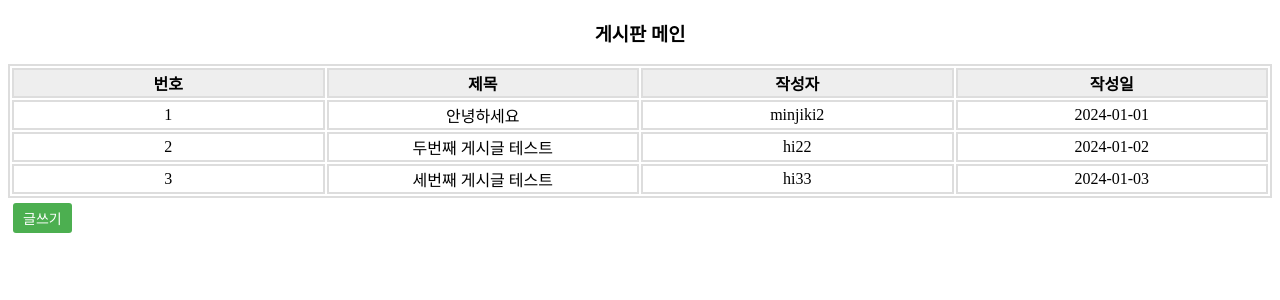
Repository: minjikimkim2222/BBS
Page: http://localhost/BBS/bbs.jsp
The author's editor kept a copy of each file at every save. The page is drawn from the files as they stood at one save, then again after the next save.
The browser window is 1280 px wide. The pictures show the whole page.
The page is served by Tomcat 9. Other server files are loaded and not shown.

Above is the page before, as saved 2024-01-01 14:59:01.

### BBS/src/main/webapp/bbs.jsp
<%@ page language="java" contentType="text/html; charset=UTF-8"
    pageEncoding="UTF-8"%>
<!DOCTYPE html>
<html>
<head>

	<meta HTTP-EQUIV="content-type" CONTENT="text/html; CHARSET=UTF-8" charset = "UTF-8"> <!--  클라이언트 문자 인코딩 방식  -->
	<meta name="viewport" content="width=device-width, initial-scale=1.0">
	<link rel = "stylesheet" href = "css/bootstrap.css">

	<style>
/* 		.my-container-fluid {
		background-color : skyblue;
		text-align: right;

		}

		.my-container {
			background-color : blue;
		}

		.my-row {
			background-color : pink;
		} */

		table, th, td {
			border : 2px solid #dddddd;
		}

		table {
		 	width : 100%;

		}

		.button {
    	margin: 5px; /* 간격 조절 */
    	font-size: 14px; /* 글자 크기 조절 */
    	text-decoration: none;
    	display: inline-block;
    	border-radius: 3px;

		padding: 5px 10px; /* 크기 조절 */
		background-color:  #4CAF50; /* Green */
		color: white;
		text-align: right;
		}



	</style>
	<title>bbs 게시판 화면</title>
</head>
<body>

<!-- 게시판 메인 페이지 영역 시작  -->

	<div class = "my-container">
		<div class = "my-row">
			<h3 style = "text-align : center;">게시판 메인</h3>

			<div class = "my-container-fluid">
				<table class = "table table-striped" style = "text-align : center;">
					<thead>
						<tr>
							<th style = "background-color : #eeeeee" >번호</th>
							<th style = "background-color : #eeeeee">제목</th>
							<th style = "background-color : #eeeeee">작성자</th>
							<th style = "background-color : #eeeeee">작성일</th>
						</tr>
					</thead>
					<tbody>
						<tr>
							<td width = "25%">1</td>
							<td width = "25%">안녕하세요</td>
							<td width = "25%">minjiki2</td>
							<td width = "25%">2024-01-01</td>
						</tr>

						<tr>
							<td width = "25%">2</td>
							<td width = "25%">두번째 게시글 테스트</td>
							<td width = "25%">hi22</td>
							<td width = "25%">2024-01-02</td>
						</tr>

						<tr>
							<td width = "25%">3</td>
							<td width = "25%">세번째 게시글 테스트</td>
							<td width = "25%">hi33</td>
							<td width = "25%">2024-01-03</td>
						</tr>
					</tbody>
				</table>

			<!-- 글쓰기 버튼 생성, 버튼 누르면 write.jsp 페이지로 이동할 것 -->
				<a href = "write.jsp" class = "button">글쓰기</a>
			</div>
		</div>
	</div>
</body>
</html>

### BBS/src/main/webapp/css/bootstrap.css
@charset "UTF-8";

.form-group {
  margin-bottom: 20px;
}

.form-control {
  display: block;
  width: 100%;
  height: 40px;
  padding: 10px 15px;
  font-size: 14px;
  line-height: 1.42857143;
  color: #555;
  background-color: #fff;
  background-image: none;
  border: 1px solid #ccc;
  border-radius: 4px;
  -webkit-box-shadow: inset 0 1px 1px rgba(0, 0, 0, .075);
          box-shadow: inset 0 1px 1px rgba(0, 0, 0, .075);
  -webkit-transition: border-color ease-in-out .15s, -webkit-box-shadow ease-in-out .15s;
       -o-transition: border-color ease-in-out .15s, box-shadow ease-in-out .15s;
          transition: border-color ease-in-out .15s, box-shadow ease-in-out .15s;
  box-sizing: border-box; /* 추가된 부분 */
}

.container {
  padding-right: 15px;
  padding-left: 15px;
  margin-right: auto;
  margin-left: auto;

}

.jumbotron {
  padding-top: 30px;
  padding-bottom: 30px;
  margin-bottom: 30px;
  color: inherit;
  background-color: #eee;
  box-sizing: border-box; /* 추가된 부분 */
}

.col-lg-4 {
  width: 33.33333333%;

}


.col-lg-5 {
    width: 41.66666667%;
}


/* 게시판 기능 추가 이후 */

After the next save:
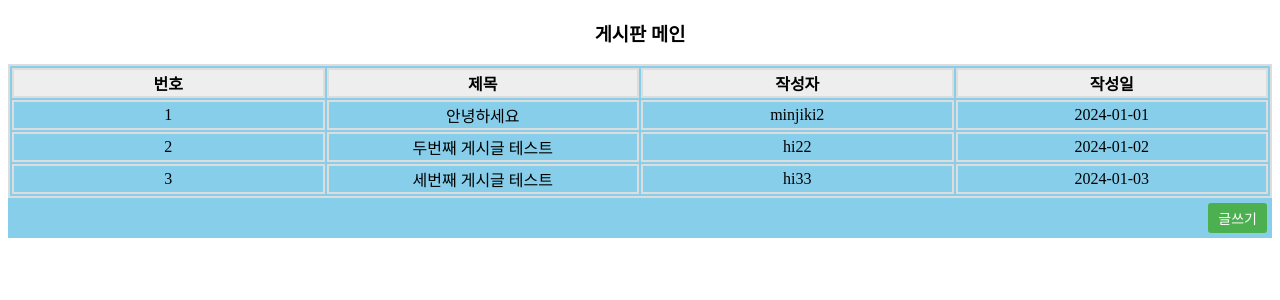
Saved 78 s later.
--- a/BBS/src/main/webapp/bbs.jsp
+++ b/BBS/src/main/webapp/bbs.jsp
@@ -9,12 +9,13 @@
 	<link rel = "stylesheet" href = "css/bootstrap.css">
 
 	<style>
-/* 		.my-container-fluid {
+		.my-container-fluid {
 		background-color : skyblue;
 		text-align: right;
 
 		}
 
+	/*
 		.my-container {
 			background-color : blue;
 		}

After the save that followed:
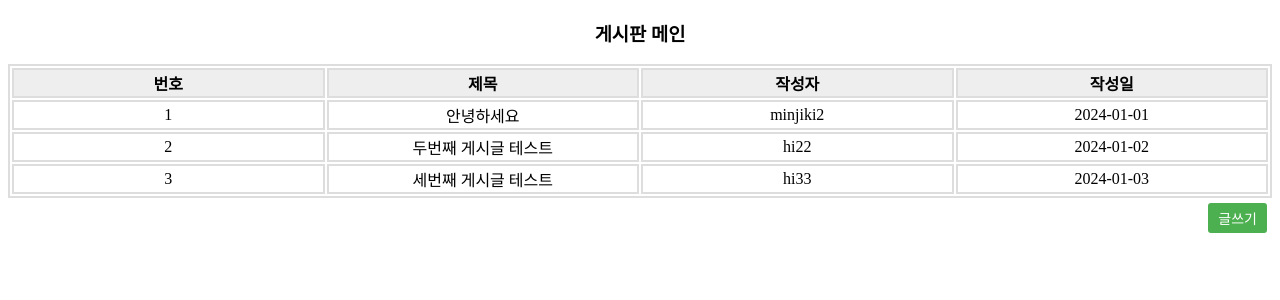
Saved 7 s later.
--- a/BBS/src/main/webapp/bbs.jsp
+++ b/BBS/src/main/webapp/bbs.jsp
@@ -10,7 +10,7 @@
 
 	<style>
 		.my-container-fluid {
-		background-color : skyblue;
+		/* background-color : skyblue; */
 		text-align: right;
 
 		}
